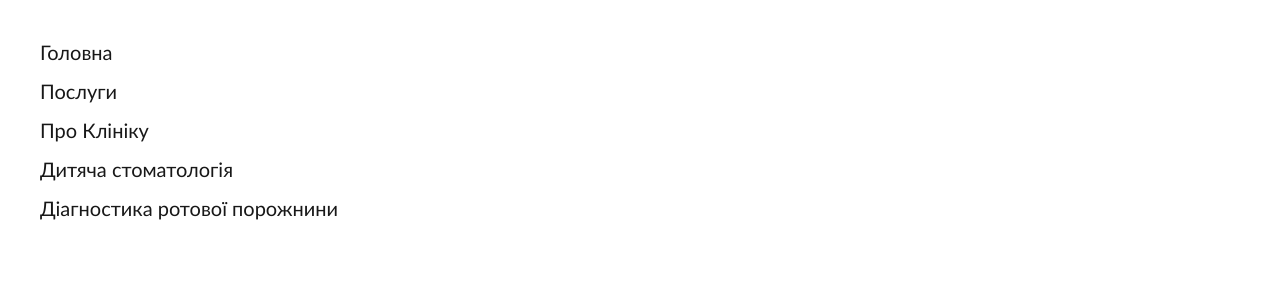
Repository: TarasDutchak/dental-clinic
Page: sitemap.html
These files come from the project's save history. The page is drawn as it stood at one moment and after the next save; the edit follows.
The browser window is 1280 px wide. The pictures show the whole page.

Above is the page before, as saved 2025-01-02 07:37:30.

### sitemap.html
<!DOCTYPE html>
<html lang="en">

<head>
    <meta charset="UTF-8">
    <meta http-equiv="X-UA-Compatible" content="IE=edge">
    <meta name="viewport" content="width=device-width, initial-scale=1.0">
    <title>Pages</title>
    <link rel="icon" type="image/x-icon" href="favicon.png">
    <link rel="stylesheet" href="css/lib/swiper-bundle.min.css">
    <link rel="stylesheet" href="css/lib/bootstrap-grid.min.css">
    <link rel="stylesheet" href="css/lib/plyr.css">
    <link rel="stylesheet" href="css/lib/select2.css">
    <link rel="stylesheet" href="css/style.css">
</head>

<body>

    <div class="sitemap">
        <ul>
            <li><a href="index.html" target="_blank">Головна</a></li>
            <li><a href="services.html" target="_blank">Послуги</a></li>
            <li><a href="about.html" target="_blank">Про Клініку</a></li>
            <li><a href="pediatric-dentistry.html" target="_blank">Дитяча стоматологія</a></li>
            <li><a href="diagnistic-oral-cavity.html" target="_blank">Діагностика ротової порожнини</a></li>
        </ul>
    </div>


    <style>
        .sitemap {
            padding: 40px;
        }

        ul {
            list-style-type: none;
            margin: 0;
            padding: 0;
        }

        li {
            margin-bottom: 15px;
        }

        a {
            font-size: 20px;
            color: #181818;
        }
    </style>





</body>



</html>

Loaded but not shown: css/lib/swiper-bundle.min.css (library); css/lib/bootstrap-grid.min.css (library); css/lib/plyr.css (library); css/lib/select2.css (library); css/style.css (library)

After the next save:
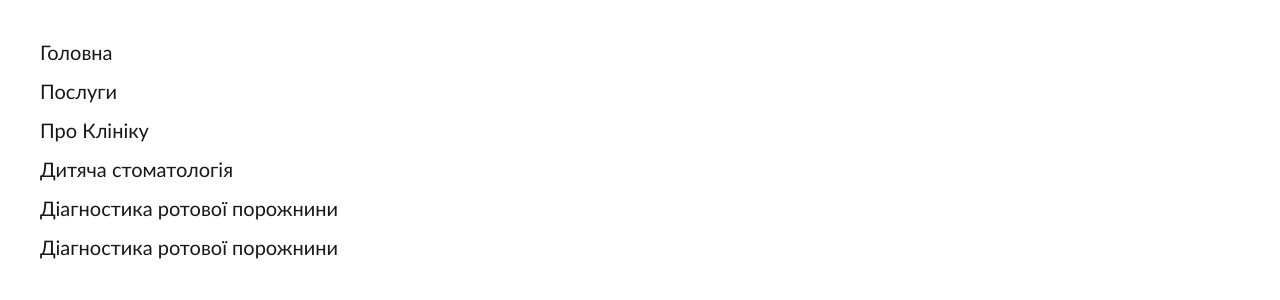
Saved 69 s later.
--- a/sitemap.html
+++ b/sitemap.html
@@ -23,6 +23,7 @@
             <li><a href="about.html" target="_blank">Про Клініку</a></li>
             <li><a href="pediatric-dentistry.html" target="_blank">Дитяча стоматологія</a></li>
             <li><a href="diagnistic-oral-cavity.html" target="_blank">Діагностика ротової порожнини</a></li>
+            <li><a href="teeth-whitening.html" target="_blank">Діагностика ротової порожнини</a></li>
         </ul>
     </div>
 
